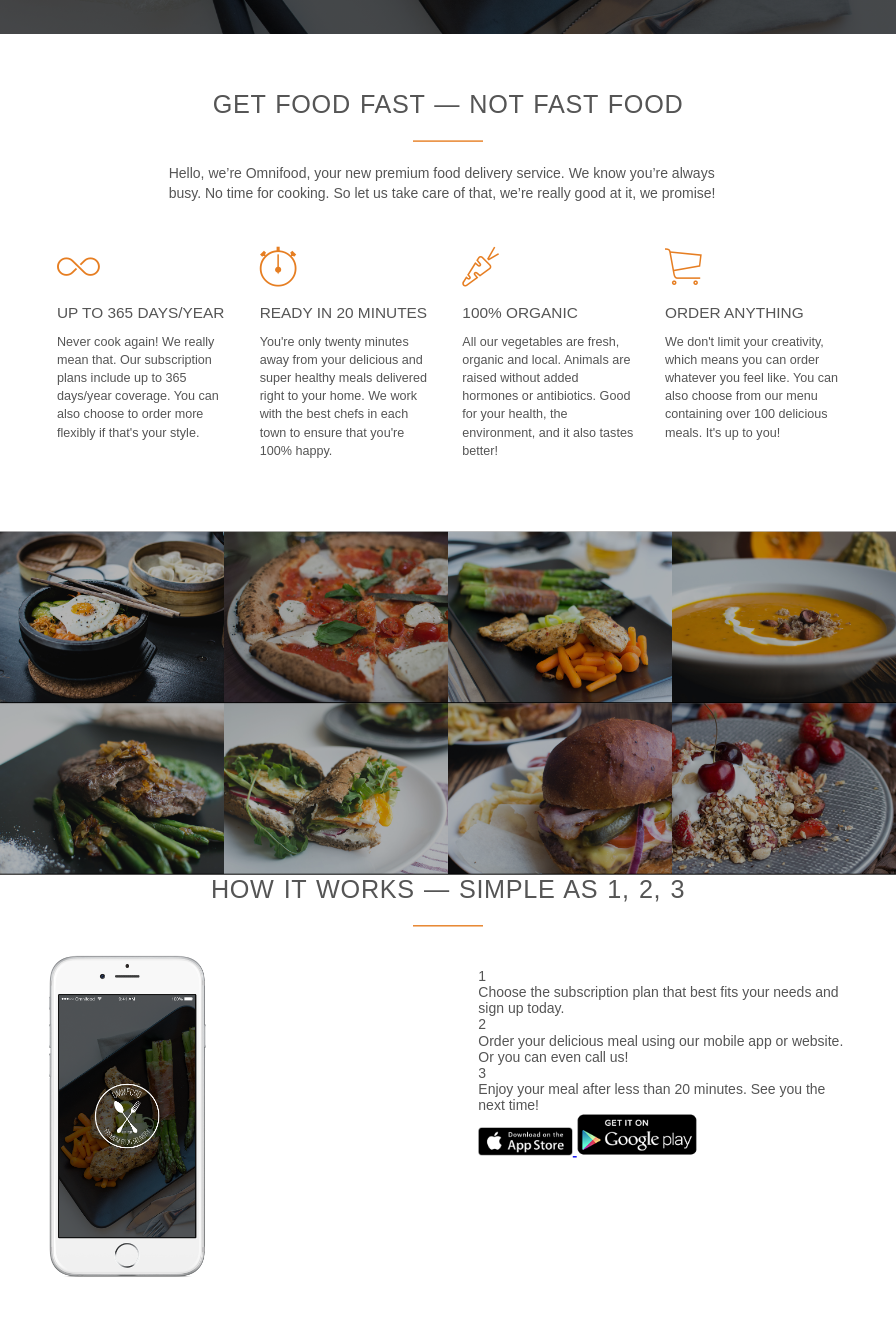
Repository: pboi18/E-Foods
Page: index.html
These files come from the project's save history. The page is drawn as it stood at one moment and after the next save; the edit follows.
The browser window is 1280 px wide. The pictures show the part of the page from y = 672 to 2592 px (the page is 2592 px tall), at 70% of full size.

Above is the page before, as saved 2020-07-12 12:56:40.

### index.html
<!DOCTYPE html>
<html lang="en">
    <head>
        <meta http-equiv="Content-Type" content="text/html;charset=UTF-8">
        <link rel="stylesheet" href="vendors/css/normalize.css">
        <link rel="stylesheet" href="vendors/css/7.1 Grid.css">
        <link rel="stylesheet" href="vendors/css/ionicons.min.css">
        <link rel="stylesheet" href="resources/css/style.css">
        <link href='http://fonts.googleapis.com/css?family=Lato:100,300,400,300italic' rel='stylesheet' type='text/css'>
        <title>Ominifoods</title>
    </head>

    <body>
        <header>
            <nav>
                <div class="row">
                    <img src="resources/img/logo-white.png" alt="Ominifood logo" class="logo">

                    <ul class="main-nav">
                        <li><a href="#">Food delivery</a></li>
                        <li><a href="#">How it works</a></li>
                        <li><a href="#">Our cities</a></li>
                        <li><a href="#">Sign up</a></li>
                    </ul>

                </div>
            </nav>
            <div class="hero-text-box">
                <h1>Goodbye junk food. <br> Hello super healthy meals.</h1>
                <a href="#" class="btn btn-full">I’m hungry </a>
                <a href="#" class="btn btn-ghost">Show me more </a>
            </div>

        </header>

        <section class="section-features">
            <div class="row">
                <h2>Get food fast &mdash; not fast food</h2>
                <p class="long-copy">
                    Hello, we’re Omnifood, your new premium food delivery service. We know you’re always busy. No time for cooking. So let us take care of that, we’re really good at it, we promise!
                </p>
            </div>

            <div class="row">
                <div class="col span-1-of-4 box">
                    <e class="ion-ios-infinite-outline icon-big"></e>
                    <h3>Up to 365 days/year</h3>
                    <p>
                        Never cook again! We
                        really mean that. Our subscription
                        plans include up to 365
                        days/year coverage. You can
                        also choose to order more
                        flexibly if that's your style.
                    </p>
                </div>

                <div class="col span-1-of-4 box">
                    <e class="ion-ios-stopwatch-outline icon-big"></e>
                    <h3>Ready in 20 minutes</h3>
                    <p>
                        You're only twenty minutes
                        away from your delicious and
                        super healthy meals delivered
                        right to your home. We work
                        with the best chefs in each
                        town to ensure that you're
                        100% happy.
                    </p>
                </div>

                <div class="col span-1-of-4 box">
                    <e class="ion-ios-nutrition-outline icon-big"></e>
                    <h3>100% organic</h3>
                    <p>
                        All our vegetables are fresh, organic and local. Animals are raised without added hormones or antibiotics. Good for your health, the environment, and it also tastes better!
                    </p>
                </div>

                <div class="col span-1-of-4 box">
                    <e class="ion-ios-cart-outline icon-big"></e>
                    <h3>Order anything</h3>
                    <p>
                        We don't limit your creativity, which means you can order whatever you feel like. You can also choose from our menu containing over 100 delicious meals. It's up to you!
                    </p>
                </div>
            </div>
        </section>

        <section class="section-meals">
            <ul class="meals-showcase">
                <li>
                    <figure class="meal-photo">
                        <img src="resources/img/1.jpg" alt="Korean bibimbap with egg and vegetables">
                    </figure>
                </li>
                <li>
                    <figure class="meal-photo">
                        <img src="resources/img/2.jpg" alt="Simple italian pizza with cherry tomatoes">
                    </figure>
                </li>
                <li>
                    <figure class="meal-photo">
                        <img src="resources/img/3.jpg" alt="Chicken breast steak with vegetables ">
                    </figure>
                </li>
                <li>
                    <figure class="meal-photo">
                        <img src="resources/img/4.jpg" alt="Autumn pumpkin soup">
                    </figure>
                </li>
            </ul>

            <ul class="meals-showcase">
                <li>
                    <figure class="meal-photo">
                        <img src="resources/img/5.jpg" alt="Paleo beef steak with vegetables">
                    </figure>
                </li>
                <li>
                    <figure class="meal-photo">
                        <img src="resources/img/6.jpg" alt="Healthy baguette with egg and vegetables">
                    </figure>
                </li>
                <li>
                    <figure class="meal-photo">
                        <img src="resources/img/7.jpg" alt="Burger with cheddar and bacon">
                    </figure>
                </li>
                <li>
                    <figure class="meal-photo">
                        <img src="resources/img/8.jpg" alt="Granola with cherries and strawberries">
                    </figure>
                </li>
            </ul>
        </section>

        <section class="section-steps">
            <div class="row">
                <h2>How it works &mdash; Simple as 1, 2, 3</h2>
            </div>
            <div class="row">
                <div class="col span-1-of-2">
                    <img src="resources/img/app-iPhone.png" alt="Ominifood app on iphone" class="app-screen">
                </div>

                <div class="col span-1-of-2 steps-box">
                    <div class="works-step">
                        <div>1</div>
                        <p>Choose the subscription plan that best fits your needs and sign up today.</p>
                    </div>
                    <div class="works-step">
                        <div>2</div>
                        <p>Order your delicious meal using our mobile app or website. Or you can even call us!</p>
                    </div>
                    <div class="works-step">
                        <div>3</div>
                        <p>Enjoy your meal after less than 20 minutes. See you the next time!</p>
                    </div>

                    <a href="#" class="btn-app">
                        <img src="resources/img/download-app.png " alt="App Store Button">
                    </a>
                    <a href="#">
                        <img src="resources/img/download-app-android.png" alt="play Store Button">
                    </a>

                </div>
            </div>
        </section>
    </body>


</html>

### resources/css/style.css
/*  --------------------------- */
/*  BASIC SETUP */
/*  --------------------------- */

* {
    margin: 0;
    padding: 0;
    box-sizing: border-box;
}

html {
    background-color: #fff;
    color: #555;
    font-family: Arial, Helvetica, sans-serif,'Lato';
    font-weight: 300;
    font-size: 20px;
    text-rendering: optimizeLegibility;
}


/*  --------------------------- */
/*  REUSEABLE COMPONENTS */
/*  --------------------------- */


.row {
    max-width: 1140px;
    margin: 0 auto;
}

section {
    padding: 80px 0;
}

.box {
    padding: 1%;
}

/*  --------------------------- */
/*  HEADINGS */
/*  --------------------------- */

h1,
h2,
h3 {

    font-weight: 300;
    text-transform: uppercase;
}

h1 {
    margin-top: 0;
    margin-bottom: 20px;
    color: #fff;
    font-size: 240%;
    word-spacing: 4px;
    letter-spacing: 1px;
}

h2 {
    font-size: 180%;
    word-spacing: 2px;
    text-align: center;
    margin-bottom: 30px;
    letter-spacing: 1px;
}

h3 {
    font-size: 110%;
    margin-bottom: 15px;
}

h2:after {
    display: block;
    height: 2px;
    background-color: #e67e22;
    content: " ";
    width: 100px;
    margin: 0 auto;
    margin-top: 30px;
}


/*  --------------------------- */
/*  paragraps*/
/*  --------------------------- */


.long-copy {
    line-height: 145%;
    width: 70%;
    margin-left: 15%;
}

.box p {
    font-size: 90%;
    line-height: 145%;
}


/*  --------------------------- */
/*  ICONS */
/*  --------------------------- */

.icon-big {
    font-size: 350%;
    display: block;
    color: #e67e22;
    margin-bottom: 10px;
}


/*  --------------------------- */
/*  BUTTONS */
/*  --------------------------- */

.btn:link,
.btn:visited {
    display: inline-block;
    padding: 10px 30px;
    font-weight: 300;
    text-decoration: none;
    border-radius: 200px;
    transition: all 0.2s;
}


.btn-full:link,
.btn-full:visited {
    background-color: #e67e22;
    border: 1px solid #e67e22;
    color: #fff;
    margin-right: 15px;
}

.btn-ghost:link,
.btn-ghost:visited {
    border: 1px solid #e67e22;
    color: #e67e22;
}

.btn:hover,
.btn:active {
    background-color: #cf6d17;
}


.btn-full:hover,
.btn-full:active {
    border: 1px solid #cf6d17;
}

.btn-ghost:hover,
.btn-ghost:active {
    border: 1px solid #e67e22;
    color: #fff;
}

/*  --------------------------- */
/*  HEADER */
/*  --------------------------- */

header {
    background-image: linear-gradient(rgba(0, 0, 0, 0.7), rgba(0, 0, 0, 0.7)), url(img/hero.jpg);
    background-size: cover;
    background-position: center;
    height: 100vh;
}


.hero-text-box {
    position: absolute;
    width: 1140px;
    top: 50%;
    left: 50%;
    transform: translate(-50%, -50%);
}

.logo {
    height: 100px;
    width: auto;
    float: left;
    margin-top: 20px;
}

.main-nav {
    float: right;
    list-style: none;
    margin-top: 55px;
}

.main-nav li {
    display: inline-block;
    margin-left: 40px;
}

.main-nav li a:link,
.main-nav li a:visited {
    padding: 5px 0px;
    color: #fff;
    text-decoration: none;
    text-transform: uppercase;
    font-size: 90%;
    border-bottom: 2px solid transparent;
    transition: all 0.2s;

}
.main-nav li a:hover,
.main-nav li a:active {
    border-bottom: 2px solid #e67e22;
}

/*  --------------------------- */
/*  MEALS */
/*  --------------------------- */

.section-features .long-copy {
    margin-bottom: 30px;
}


/*  --------------------------- */
/*  MEALS */
/*  --------------------------- */

.section-meals {
    padding: 0;
}

.meals-showcase {
    list-style: none;
    width: 100%;

}

.meals-showcase li {
    display: block;
    float: left;
    width: 25%;
}

.meal-photo {
    width: 100%;
    margin: 0;
    overflow: hidden;
    background-color:#000;
}

.meal-photo img {
    width: 100%;
    height: auto;
    transform: scale(1.03);
    opacity: 0.7;
    transition: all 0.5s;
}


.meal-photo img:hover {
    opacity: 1;
    transform: scale(1.15);
}


.steps-box {
    margin-top: 30px;
}

.steps-box:first-child {
    text-align: right;
    padding-right: 3%;
}


.steps-box:last-child {
    padding-left: 3%;
}

.app-screen {
    width: 40%;
}

Loaded but not shown: vendors/css/normalize.css (library); vendors/css/7.1 Grid.css (library); vendors/css/ionicons.min.css (library)

After the next save:
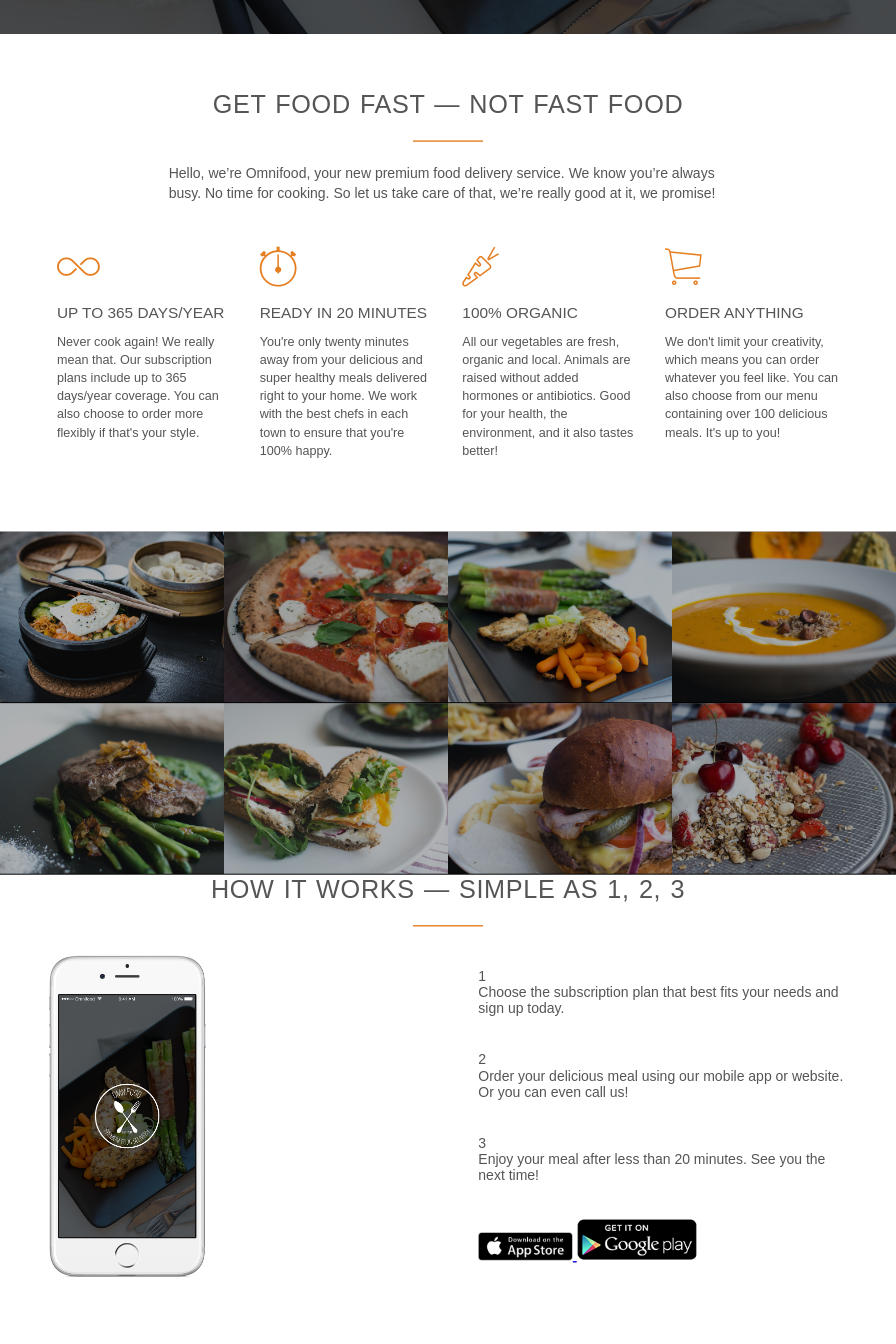
Saved 2 min 11 s later.
--- a/resources/css/style.css
+++ b/resources/css/style.css
@@ -278,3 +278,7 @@ header {
 .app-screen {
     width: 40%;
 }
+
+.works-step {
+    margin-bottom: 50px;
+}
